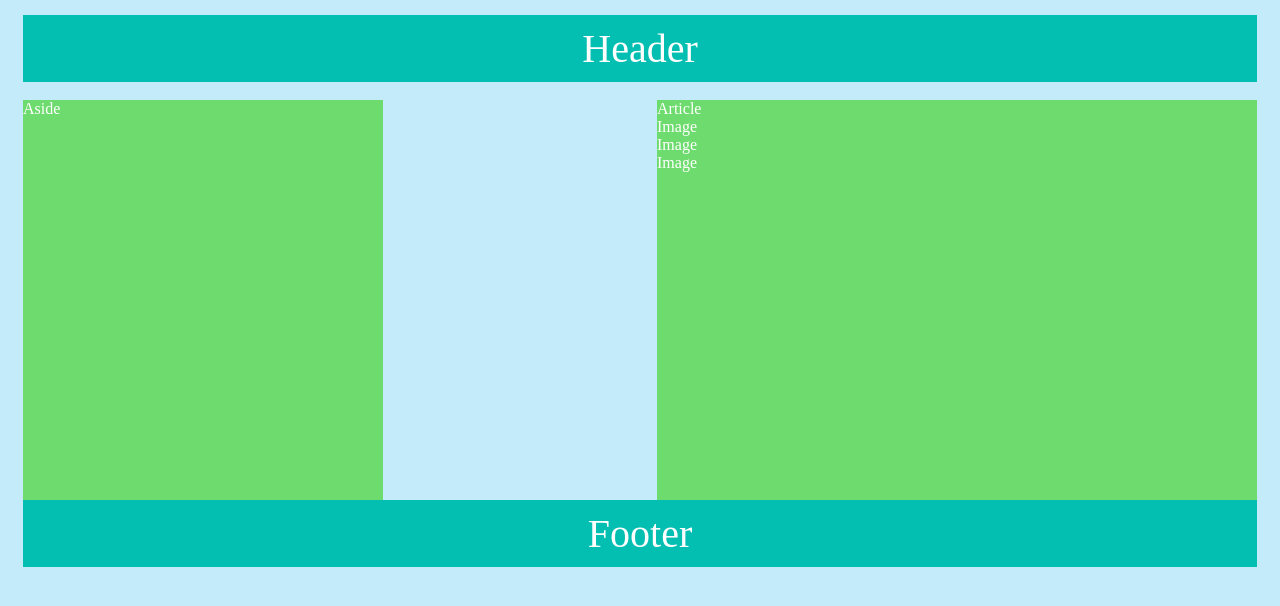
Repository: huyennvo/CSS
Page: flex-css-example/index.html
An editor plug-in stored every save of this project. The page is shown before and after the next save, followed by the edit.
The browser window is 1280 px wide. The pictures show the whole page.

Above is the page before, as saved 2022-07-18 10:54:47.

After the next save:
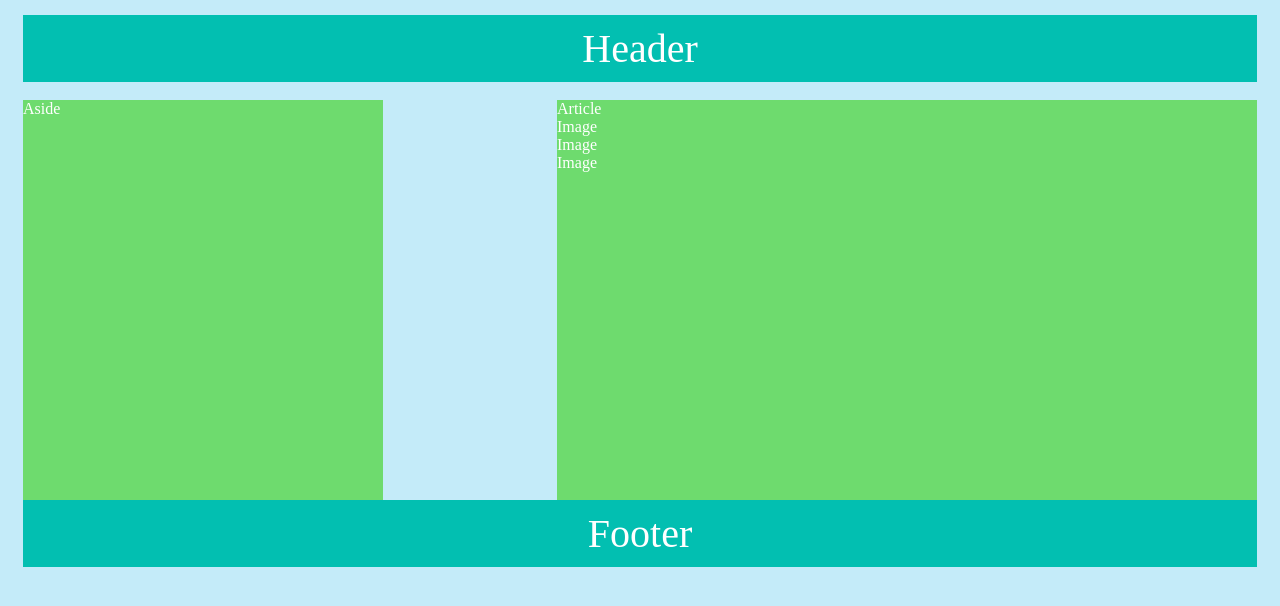
Saved 64 s later.
--- a/flex-css-example/index.css
+++ b/flex-css-example/index.css
@@ -36,7 +36,7 @@ html {
 
 .body-right {
     background-color: #6EDB6E;
-    width: 600px;
+    width: 700px;
     height: 400px;
 }
 
